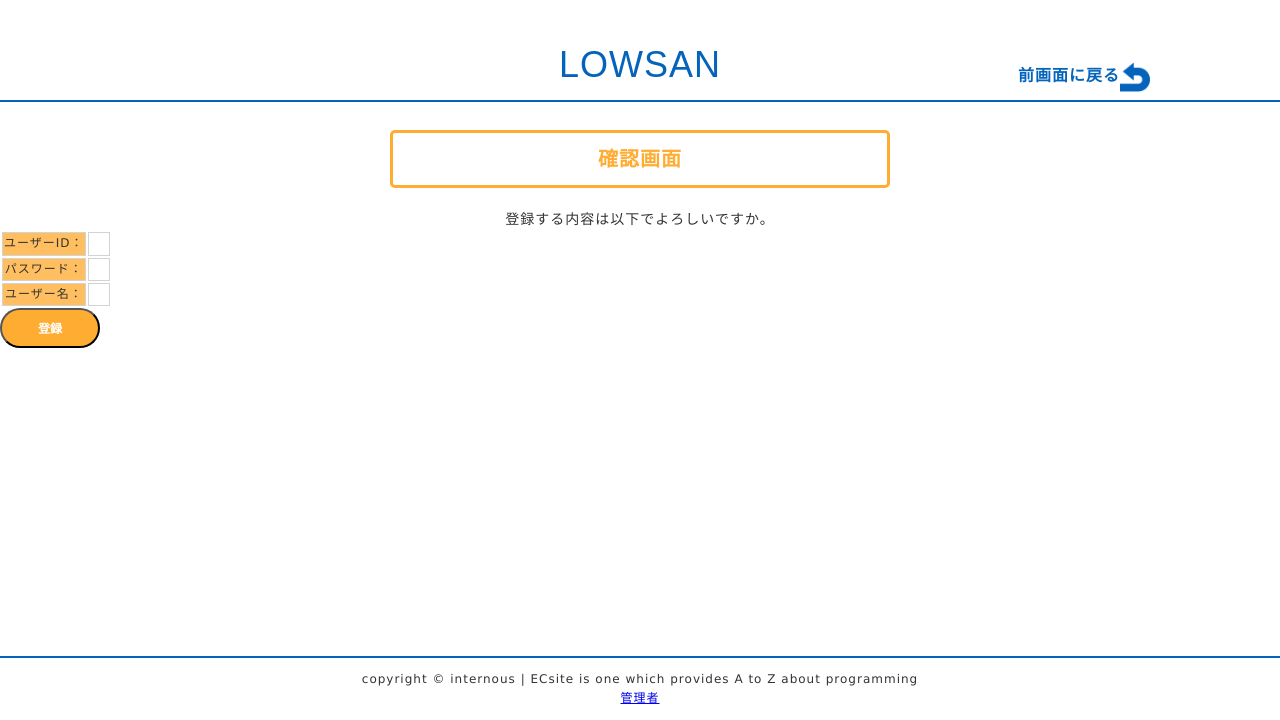
Repository: nishimura0212/myECsite
Page: http://localhost/ecsite/userCreateConfirm.jsp
The author's editor kept a copy of each file at every save. The page is drawn from the files as they stood at one save, then again after the next save.
The browser window is 1280 px wide. The pictures show the whole page.
The page is served by Tomcat 9.

Above is the page before, as saved 2019-01-19 09:53:24.

After the next save:
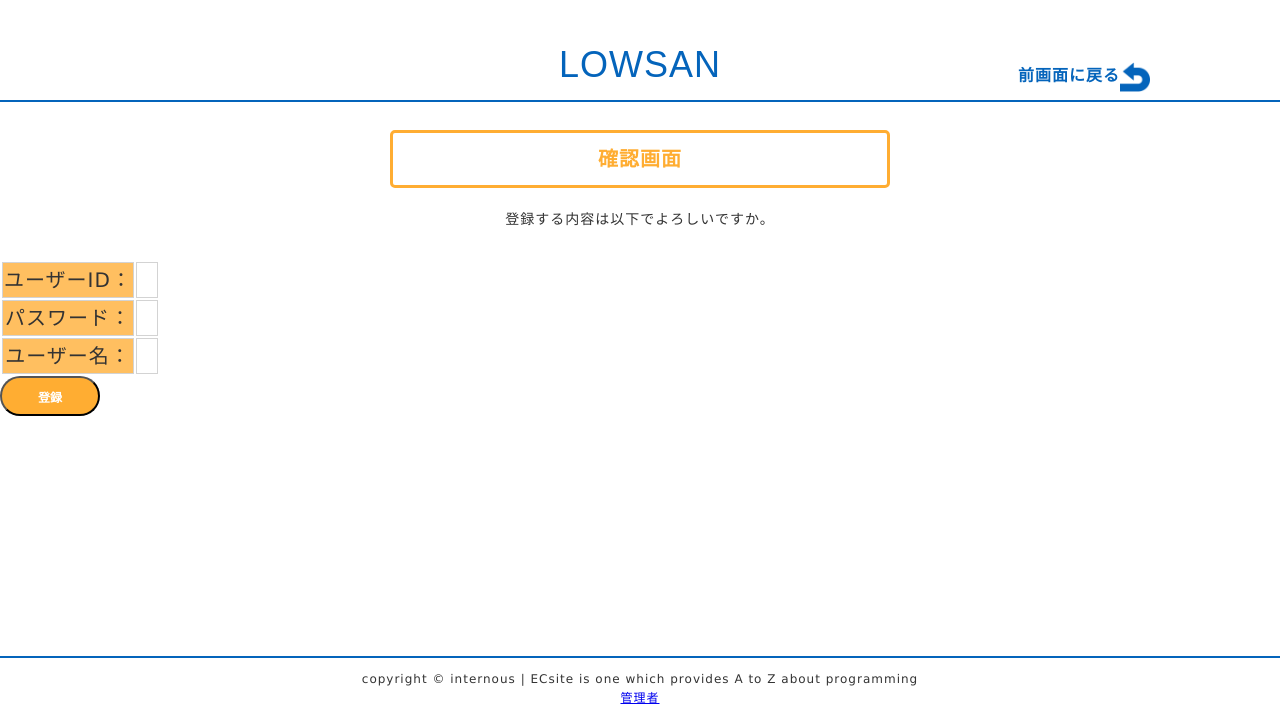
Saved 18 s later.
--- a/ecsite/WebContent/userCreateConfirm.jsp
+++ b/ecsite/WebContent/userCreateConfirm.jsp
@@ -33,6 +33,7 @@
 			<div class="comment">
 				登録する内容は以下でよろしいですか。
 			</div>
+			<div class="right">
 			<s:form action="UserCreateCompleteAction">
 				<table>
 					<tr>
@@ -52,6 +53,7 @@
 					<input type="button" value="登録" class="single_btn" />
 				</div>
 			</s:form>
+			</div>
 		</div>
 	</div>
 	<div id="footer">
